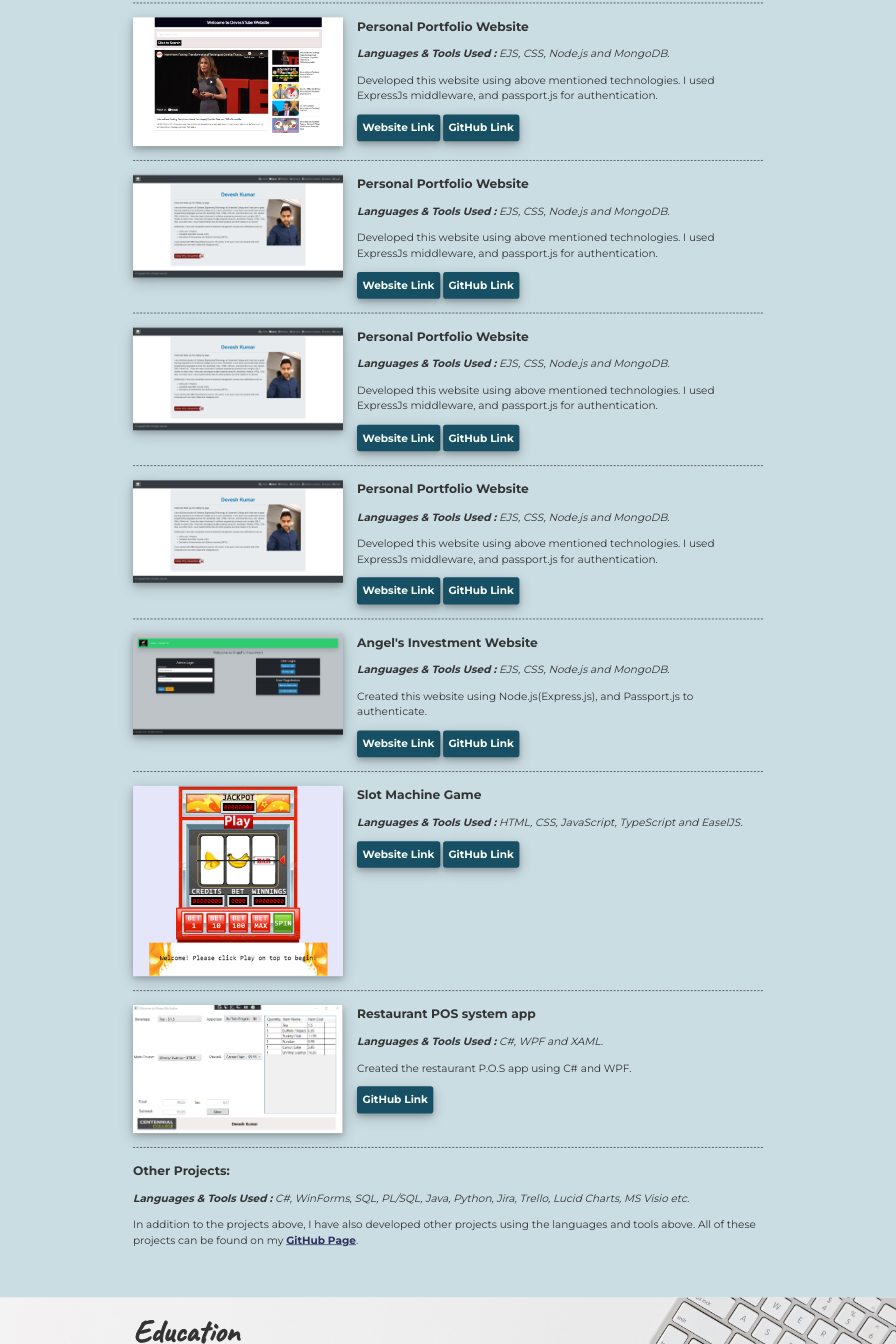
Repository: My-Web-Page/MyWebPage
Page: index.html
An editor plug-in stored every save of this project. The page is shown before and after the next save, followed by the edit.
The browser window is 1280 px wide. The pictures show the part of the page from y = 1374 to 3294 px (the page is 4691 px tall before and 4727 px after), at 70% of full size.
Some web libraries are served in a nearby version.

Above is the page before, as saved 2021-09-06 22:50:34.

### index.html
<!DOCTYPE html>
<html lang="en">

<head>
    <meta charset="UTF-8">
    <meta name="viewport" content="width=device-width, initial-scale=1.0">
    <link href="./assets/images/favicon.ico" rel="icon" type="image/x-icon" />

    <title> Devesh Kumar : Full-Stack Developer</title>
    <link rel="preconnect" href="https://fonts.gstatic.com">
    <link href="https://fonts.googleapis.com/css2?family=Caveat&family=Montserrat:wght@400;700&display=swap" rel="stylesheet">
    <link rel="stylesheet" href="https://pro.fontawesome.com/releases/v5.10.0/css/all.css" integrity="sha384-AYmEC3Yw5cVb3ZcuHtOA93w35dYTsvhLPVnYs9eStHfGJvOvKxVfELGroGkvsg+p" crossorigin="anonymous" />

    <link rel="stylesheet" href="style.css">
</head>

<body>
    <main>
        <!-- ***********************  ABOUT / PROFILE  *********************** -->
        <header>
            <div class="container">
                <h1>Devesh Kumar</h1>
                <h2>Software Developer</h2>
            </div>
        </header>

        <nav id="navbar">
            <ul class="nav-ul">
                <li>
                    <a href="#about-me"><i class="fas fa-info-circle"></i>About Me</a>
                </li>
                <li>
                    <a href="#projects"><i class="fab fa-elementor"></i>Projects</a>
                </li>
                <li>
                    <a href="#education"><i class="fas fa-graduation-cap"></i>Education</a>
                </li>
                <li>
                    <a href="#work-experience"><i class="fas fa-briefcase"></i>Work Experience</a>
                </li>
                <li>
                    <a href="#contact"><i class="fas fa-mobile-alt"></i>Contact Me</a>
                </li>
            </ul>
        </nav>

        <!-- *********************About Me***********************  -->
        <section id="about-me">
            <div class="container">
                <h2>About Me</h2>
                <p>Hello & Welcome! I have recently completed Software Engineering Technician program at Centennial College. This program allowed me to learn and work with various programming languages and tools. Given below are the details: </p>
                <div class="grid-container">
                    <div class="grid-item">
                        <h3>Languages & tools I primarily work with:</h3>
                        <p> JavaScript, NodeJs, EJS, HTML, CSS (Flexbox, Grid), Bootstrap, C#, Oracle SQL, MongoDB, Git, GitHub, VS Code, Visual Studio</p>
                        <p><strong>Also Learning:</strong>&nbsp; <em>React.js, Sass</em></p>
                    </div>

                    <div class="grid-item">
                        <h3>Languages & tools I am familiar with:</h3>
                        <p>Linux, Java, Python, Postman, Selenium, MS Azure, Jira, Trello, Slack, IntelliJ</p>
                    </div>
                </div>
                <p>I have also developed grasp over software engineering concepts such as Agile, SDLC models, Agile Project Management Concepts. I have also developed multiple projects using JavaScript, Node.js, HTML, CSS, C#, SQL, MongoDB and other tools.
                    Additionally, I have also completed some investment management courses and certifications in the past.
                </p>

                <p><strong>Repository for this wabpage: </strong><a id="my-page-repo" target="_blank" href="https://github.com/portretrieve/MyWebPage">My Web Page</a></p>

            </div>
        </section>

        <!-- *********************Pop-Ups***********************  -->
        <section class="popup-wrapper" id="popup">
            <div class="container">
                <img id="popup-img" alt="finalproject popup">
            </div>
        </section>
        <!-- ********************  PROJECTS / PORTFOLIO  ********************* -->
        <section id="projects" class="projects">
            <div class="container divider">
                <h2>My Projects</h2>


                <!-- Project a -->
                <section class="project-item clearfix">
                    <img class="project-image" src="./assets/images/Places.png" alt="Portfolio Assignment Using Node.js, Bootstrap, EJS and MongoDB">
                    <h3>Personal Portfolio Website</h3>
                    <p> <strong>Languages & Tools Used :</strong> EJS, CSS, Node.js and MongoDB.</p>
                    <p>Developed this website using above mentioned technologies. I used ExpressJs middleware, and passport.js for authentication.
                    </p>
                    <a class="btn" href="https://comp229-asnmt2.herokuapp.com/home" target="_blank">Website Link</a>
                    <a class="btn" href="https://github.com/portretrieve/Assignment_2" target="_blank">GitHub Link</a>
                </section>
                <!-- Project b -->
                <section class="project-item clearfix">
                    <img class="project-image" src="./assets/images/deveshtube.png" alt="Portfolio Assignment Using Node.js, Bootstrap, EJS and MongoDB">
                    <h3>Personal Portfolio Website</h3>
                    <p> <strong>Languages & Tools Used :</strong> EJS, CSS, Node.js and MongoDB.</p>
                    <p>Developed this website using above mentioned technologies. I used ExpressJs middleware, and passport.js for authentication.
                    </p>
                    <a class="btn" href="https://comp229-asnmt2.herokuapp.com/home" target="_blank">Website Link</a>
                    <a class="btn" href="https://github.com/portretrieve/Assignment_2" target="_blank">GitHub Link</a>
                </section>

                <!-- Project c -->
                <section class="project-item clearfix">
                    <img class="project-image" src="./assets/images/assignment_2.png" alt="Portfolio Assignment Using Node.js, Bootstrap, EJS and MongoDB">
                    <h3>Personal Portfolio Website</h3>
                    <p> <strong>Languages & Tools Used :</strong> EJS, CSS, Node.js and MongoDB.</p>
                    <p>Developed this website using above mentioned technologies. I used ExpressJs middleware, and passport.js for authentication.
                    </p>
                    <a class="btn" href="https://comp229-asnmt2.herokuapp.com/home" target="_blank">Website Link</a>
                    <a class="btn" href="https://github.com/portretrieve/Assignment_2" target="_blank">GitHub Link</a>
                </section>
                <!-- Project d -->
                <section class="project-item clearfix">
                    <img class="project-image" src="./assets/images/assignment_2.png" alt="Portfolio Assignment Using Node.js, Bootstrap, EJS and MongoDB">
                    <h3>Personal Portfolio Website</h3>
                    <p> <strong>Languages & Tools Used :</strong> EJS, CSS, Node.js and MongoDB.</p>
                    <p>Developed this website using above mentioned technologies. I used ExpressJs middleware, and passport.js for authentication.
                    </p>
                    <a class="btn" href="https://comp229-asnmt2.herokuapp.com/home" target="_blank">Website Link</a>
                    <a class="btn" href="https://github.com/portretrieve/Assignment_2" target="_blank">GitHub Link</a>
                </section>
                <!-- Project 1 -->
                <section class="project-item clearfix">
                    <img class="project-image" src="./assets/images/assignment_2.png" alt="Portfolio Assignment Using Node.js, Bootstrap, EJS and MongoDB">
                    <h3>Personal Portfolio Website</h3>
                    <p> <strong>Languages & Tools Used :</strong> EJS, CSS, Node.js and MongoDB.</p>
                    <p>Developed this website using above mentioned technologies. I used ExpressJs middleware, and passport.js for authentication.</p>
                    <a class="btn" href="https://comp229-asnmt2.herokuapp.com/home" target="_blank">Website Link</a>
                    <a class="btn" href="https://github.com/portretrieve/Assignment_2" target="_blank">GitHub Link</a>
                </section>

                <!-- Project 2 -->
                <section class="project-item clearfix">
                    <img class="project-image" src="./assets/images/final_project.png" alt="Final Project Using Node.js, Bootstrap, EJS and MongoDB">
                    <h3>Angel's Investment Website</h3>
                    <p> <strong>Languages & Tools Used :</strong> EJS, CSS, Node.js and MongoDB.</p>
                    <p>Created this website using Node.js(Express.js), and Passport.js to authenticate.</p>
                    <a class="btn" href="https://angelinvestfinal.herokuapp.com/" target="_blank">Website Link</a>
                    <a class="btn" href="https://github.com/Angel-Investor/AngelInvestor-Web-App" target="_blank">GitHub
                        Link</a>
                </section>

                <!-- Project 3 -->
                <section class="project-item clearfix">
                    <img class="project-image" src="./assets/images/slot-machine.png" alt="Casino slot machine game using HTML, CSS, JavaScript, TypeScript and EaselJS">
                    <h3>Slot Machine Game</h3>
                    <p> <strong>Languages & Tools Used :</strong> HTML, CSS, JavaScript, TypeScript and EaselJS.</p>
                    <a class="btn" href="https://portretrieve.github.io/COMP125-Assignment-4-CreateJS-Slot-Machine/" target="_blank">Website Link</a>
                    <a class="btn" href="https://github.com/portretrieve/COMP125-Assignment-4-CreateJS-Slot-Machine" target="_blank">GitHub Link</a>
                </section>

                <!-- Project 4 -->
                <section class="project-item clearfix">
                    <img class="project-image" src="./assets/images/restaurant_app.png" alt="Restaurant app using C# WPF MVVM">
                    <h3>Restaurant POS system app</h3>
                    <p> <strong>Languages & Tools Used :</strong> C#, WPF and XAML.</p>
                    <p>Created the restaurant P.O.S app using C# and WPF.</p>
                    <a class="btn" href="https://github.com/portretrieve/Restaurant_app" target="_blank">GitHub Link</a>
                </section>
                <section>
                    <h3>Other Projects: </h3>
                    <p> <strong>Languages & Tools Used :</strong> C#, WinForms, SQL, PL/SQL, Java, Python, Jira, Trello, Lucid Charts, MS Visio etc. </p>
                    <p>In addition to the projects above, I have also developed other projects using the languages and tools above. All of these projects can be found on my <span><a
                                href="https://github.com/portretrieve" target="_blank">GitHub Page</a>.</span></p>
                </section>
            </div>
        </section>

        <!-- ******************  EDUCATION & CERTIFICATIONS ****************** -->
        <section id="education" class="education">
            <div class="container item-details">

                <h2>Education</h2>

                <section>
                    <h3>Software Engineering Technician Diploma</h3>
                    <p>Centennial College, Toronto ON, 2020-2021</p>
                    <p>4 semesters full-time software engineering diploma program </p>
                </section>
                <section>
                    <h3>Chartered Financial Analyst – CFA Level 1 Passed</h3>
                    <p>CFA Institute, 2018</p>
                </section>
                <br>
                <section class="csc">
                    <h3>Canadian Securities Course (CSC)</h3>
                    <h3>Derivatives Fundamentals and Options Licensing (DFOL)</h3>
                    <p>Canadian Securities Institute, 2017-2019 </p>
                </section>
                <section>
                    <h3>Bachelor of Science</h3>
                    <p>M.J.P. Rohilkhand University India, 2003-2006</p>
                </section>
            </div>
        </section>

        <!-- ***********************  WORK EXPERIENCE  *********************** -->
        <section id="work-experience" class="work-experience">
            <div class="container item-details divider">
                <h2>Work Experience</h2>

                <!-- Job 1 -->
                <section class="job-item">
                    <div class="job-details">
                        <h3>Client Advisor</h3>
                        <p>RBC Royal Bank</p>
                        <p>Mar 2017 - Sep 2018</p>
                    </div>
                    <div class="job-summary">
                        <ul>
                            <li>Proactively engage with clients and deliver an outstanding service experience through completing transactions, and by identifying sales and referral opportunities.</li>
                            <li>Focus on education and demonstration, leverage technology to deliver a memorable client experience, drive sales and retain business.</li>
                            <li>Manage risks by adhering to compliance routines, processes, and controls to protect client and shareholder interests while completing transactions.</li>
                        </ul>

                    </div>
                </section>

                <!-- Job 2 -->
                <section class="job-item">

                    <div class="job-details">
                        <h3>Night Auditor</h3>
                        <p>DoubleTree by Hilton</p>
                        <p>Feb 2017 - Aug 2018</p>

                    </div>
                    <div class="job-summary">
                        <ul>
                            <li>Daily Reconciling of days transactions for all departments including front office, restaurant, lounge and banquets.</li>
                            <li>Responsible for cash float and receipt of customer payments via cash or credit card, balancing cash at shift end and generating the accounting reports.</li>
                            <li>Completing reservations, provide information, assistance to guests.</li>
                        </ul>
                    </div>

                </section>

                <!-- Job 3 -->
                <section class="job-item">
                    <div class="job-details">
                        <h3>Executive CCS (Outbound/Inbound Sales Representative)</h3>
                        <p>Fareportal.com (Cheapoair.com/Cheapoair.ca)</p>
                        <p>Dec 2008 – Aug 2013</p>
                    </div>
                    <div class="job-summary">
                        <ul>
                            <li>Making outbound calls and recieving inbound calls to sale travel products such as flight tickets, hotel reservations, car rentals and travel insurances etc.</li>
                            <li>Meeting sales and customer service targets by understanding client needs, offering first call resolution of issues, and actively promoting and selling products and services that meet your clients’ needs.</li>
                            <li>Preparing the sales reports and contacting clients whenever required to provide them with changes to the reservations and providing them additional assistance.</li>
                        </ul>
                    </div>
                </section>
                <a class="top-btn" href="#top">Page Top</a>

            </div>
        </section>


        <!-- *****************  CONTACT INFO / SOCIAL MEDIA  ***************** -->
        <footer>
            <div id="contact" class="container">
                <h2>Let's Stay in Touch!</h2>
                <!-- Social media and contact links. Add or remove any networks. -->
                <ul class="contact-list">
                    <li><a href="mailto:deveshkumar2107@hotmail.com"><i
                                class="fas fa-envelope"></i>&nbsp;deveshkumar2107@hotmail.com</a></li>
                    <li><a href="https://github.com/portretrieve" target="_blank"><i
                                class="fab fa-github"></i>&nbsp;GitHub</a></li>
                    <li><a href="https://www.linkedin.com/in/devesh-kumar-2aa03b64/" target="_blank"><i
                                class="fab fa-linkedin"></i>&nbsp;LinkedIn</a></li>
                </ul>
            </div>
        </footer>
    </main>
    <script src="./script.js"></script>
</body>

</html>

Loaded but not shown: script.js (18 lines, source omitted); style.css (358 lines, source omitted)

After the next save:
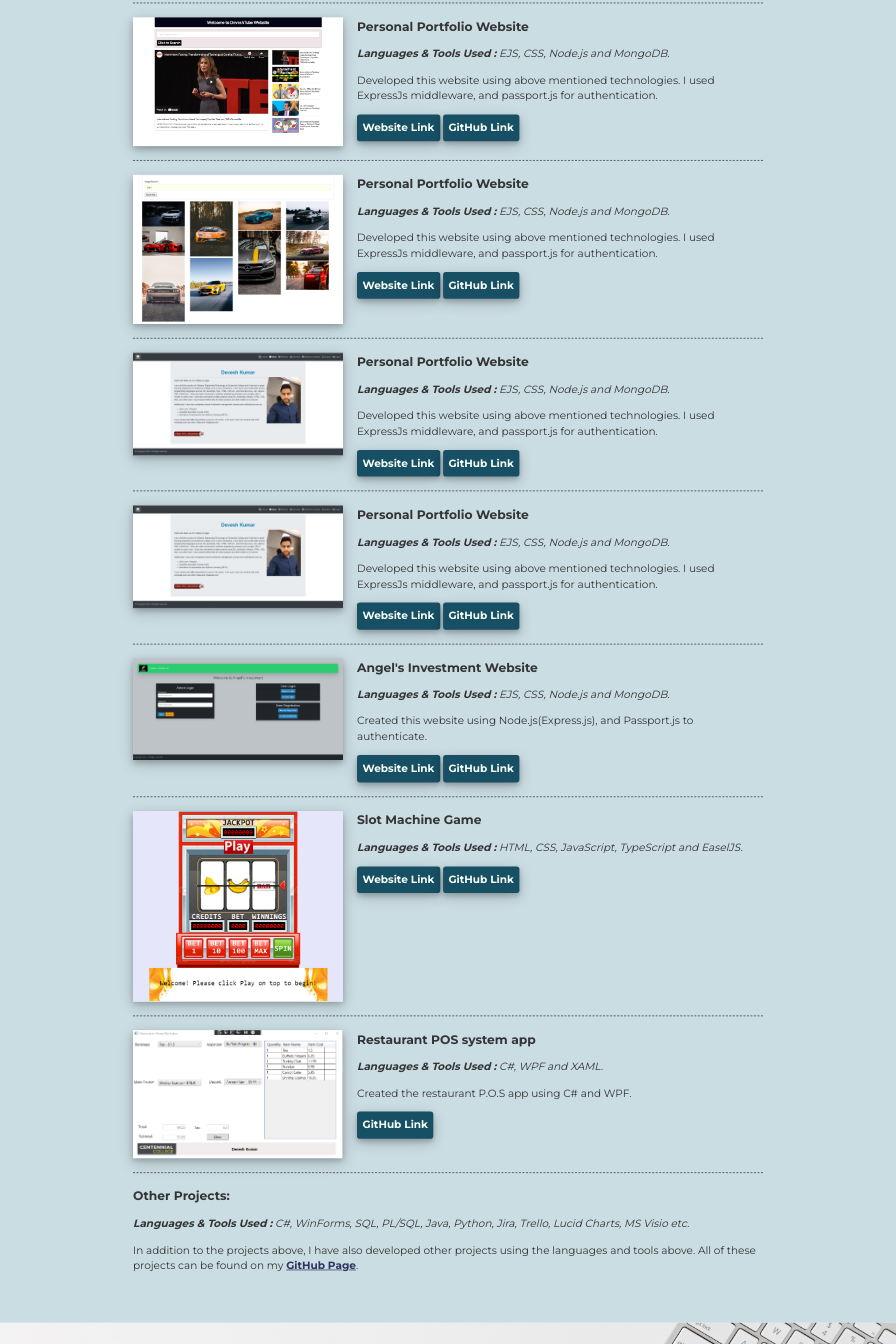
Saved 61 s later.
--- a/index.html
+++ b/index.html
@@ -105,7 +105,7 @@
 
                 <!-- Project c -->
                 <section class="project-item clearfix">
-                    <img class="project-image" src="./assets/images/assignment_2.png" alt="Portfolio Assignment Using Node.js, Bootstrap, EJS and MongoDB">
+                    <img class="project-image" src="./assets/images/pics.png" alt="Portfolio Assignment Using Node.js, Bootstrap, EJS and MongoDB">
                     <h3>Personal Portfolio Website</h3>
                     <p> <strong>Languages & Tools Used :</strong> EJS, CSS, Node.js and MongoDB.</p>
                     <p>Developed this website using above mentioned technologies. I used ExpressJs middleware, and passport.js for authentication.
